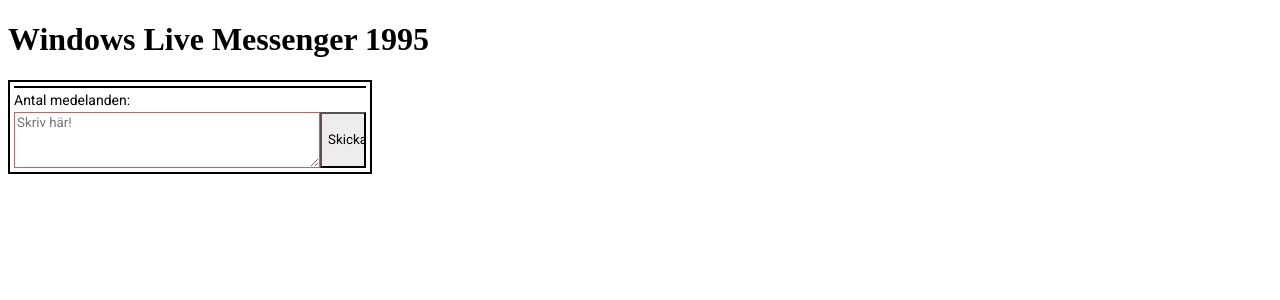
Repository: rs222kn/1dv403-laborationer
Page: 2-labbymezzage/index.html
The author's editor kept a record of every edit. The page is drawn from the files as they stood at one moment, then again after the next edit.
The browser window is 1280 px wide. The pictures show the whole page.

Above is the page before.

### 2-labbymezzage/index.html
<!DOCTYPE html>
<html lang="sv">
<head>
	<meta charset="UTF-8" />
 	<title>MSN</title>
 	<link href='https://fonts.googleapis.com/css?family=Roboto' rel='stylesheet' type='text/css'>
    <link rel="stylesheet" type="text/css" href="css/style.css">
</head>
    <body>
        <header>
            <h1>Windows Live Messenger 1995</h1>
        </header>
        <main>

            <div id="holder">
                <div id="messagearea">

                </div>
                <div id="controls">
                <p id="antMessage" >Antal medelanden: </p>

     		        <textarea id="txt" name="textarea" placeholder="Skriv här!" ></textarea>
     		        <input type="submit" name="bnt" id="send" value="Skicka"/>
     		    </div>
     		</div>

        </main>
        <script src="js/Aimessage.js"></script>
        <script src="js/Message.js"></script>
        <script src="js/MessageBoard.js"></script>
    </body>
</html>

### 2-labbymezzage/css/style.css
/* container for message */
.message{
    margin-left: 20px;
    padding: 6px;
    min-height: 64px;
    margin-bottom: 6px;
    margin-top: 6px;
    width: 300px;
    position: relative;
    background-color: #008080;
}
/* arraw */
.message:after {
	right: 100%;
	top: 78%;
	border: solid transparent;
	content: " ";
	height: 0;
	width: 0;
	position: absolute;
	pointer-events: none;
	border-right-color: #008080;
	border-width: 10px;
	margin-top: -10px;
}
/* mesasge text */
.messageText{

    font-family: 'Roboto', sans-serif;
    color: #FFFFFF;
    margin: 0;
    padding: 0;
    margin-bottom: 4px;
    margin-right: 40px;
}
/* time stamp text on message */
.pdate{
    font-family: 'Roboto', sans-serif;
    font-size: 10px;
    margin: 0;
    padding:0;
    margin-right: 40px;
}

#holder{
    width: 360px;
    border: solid 2px;
}
#messagearea{
    margin: 4px;
    border: solid 1px;
}
/* img buttins (clock/remove)*/
.imgBtn{
    height: 20px;
    width: 20px;
    margin:0;
    padding: 0;
    float:right;
}

#txt{
    font-family: 'Roboto', sans-serif;
    margin-left:4px;
    width: 300px;
	height:50px;
	border:1px solid #D15F56;
}
#send{
    font-family: 'Roboto', sans-serif;
    float:right;
    position:relative;
    height:56px;
	width:46px;
	background-color:#ededed;
	margin-right: 4px;
}
#send:hover {
	background-color:#dfdfdf;
}
#send:focus{
    outline:0 !important;
}
#antMessage{
    font-family: 'Roboto', sans-serif;

    font-size: 14px;
    margin: 0;
    padding: 0;
    margin-left: 4px;
    margin-bottom: 4px;

}

#controls{

}



/*Aimesage*/
/* container for message */
.aimessage{
    margin-left: 20px;
    padding: 6px;
    min-height: 64px;
    margin-bottom: 6px;
    margin-top: 6px;
    width: 300px;
    position: relative;
    background-color: #56AAAA;
}
/* arraw */
.aimessage:after {
	left: 100%;
	top: 78%;
	border: solid transparent;
	content: " ";
	height: 0;
	width: 0;
	position: absolute;
	pointer-events: none;
	border-left-color: #56AAAA;
	border-width: 10px;
	margin-top: -10px;
}

### 2-labbymezzage/js/Aimessage.js
"use strict";

function Aimessage(text){
    var doc = {
        btn: document.getElementById("send"),
        txt: document.getElementById("txt"),
        antmess: document.getElementById("antMessage"),
        div: document.getElementById("messagearea")
    };

    var createElemnts = {
        newMessege: document.createElement("div"), // div taggarna medelanderna kommer va i
        text: document.createElement("p"), // medelande texten
        pdate: document.createElement("p"), // datum tiden
        imgRemove: document.createElement("img"), // ta bort knapp/bilden
        imgDate: document.createElement("img")
    };

    // text
    createElemnts.text.innerHTML = text;

    // class
    createElemnts.text.setAttribute("class", "messageText");
    createElemnts.pdate.setAttribute("class", "pdate");
    createElemnts.newMessege.setAttribute("class" ,"aimessage");
    createElemnts.imgRemove.setAttribute("class", "imgBtn");
    createElemnts.imgDate.setAttribute("class", "imgBtn");

    // render
    doc.div.appendChild(createElemnts.newMessege);
    createElemnts.newMessege.appendChild(createElemnts.text);
    createElemnts.newMessege.appendChild(createElemnts.pdate);
}

### 2-labbymezzage/js/Message.js
"use strict";

function Message(message, date){

    this.getText = function(){
        return message;
    };

    this.setText = function(_text){
        message = _text;
    };

    this.getDate = function(){
        return date;
    };

    this.setDate = function(_date){
        date = _date;
    };
}

Message.prototype.toString = function(){
    return this.getText()+" (" + this.getDate() +")";
};
Message.prototype.getHTMLText = function(){
    console.log("denna fungerar: getHTMLText");
    return this.getText().replace(/ \n /g, "<br />");
};
Message.prototype.getDateText = function(){
    var timeStamp = new Date();
    return timeStamp.getHours() + ":" + timeStamp.getMinutes() + ":" + timeStamp.getSeconds();
};

### 2-labbymezzage/js/MessageBoard.js
"use strict";

var MessageBoard = {

    doc:{
        btn: document.getElementById("send"),
        txt: document.getElementById("txt"),
        antmess: document.getElementById("antMessage"),
        div: document.getElementById("messagearea"),
        count: 0

    },

    messages: [],

    init: function(e){
        //btn.onClick = MessageBoard.btnClick();
        MessageBoard.doc.btn.addEventListener("click", MessageBoard.creatMessage);

        // enter i textarea
        MessageBoard.doc.txt.onkeypress = function(e){
           if(e.keyCode == 13 && !e.shiftKey){
                MessageBoard.creatMessage();
                MessageBoard.doc.txt.value ="";
            }
        };

    },
    // skapar medelandet (knapp tryck)
    creatMessage: function(){
        MessageBoard.messages.push(new Message(MessageBoard.doc.txt.value, new Date()));
        MessageBoard.renderMessage(MessageBoard.messages.length -1);
    },

    renderMessages: function(){
        document.getElementById("messagearea").innerHTML = "";

        for (var i = 0; i < MessageBoard.messages.length; i++) {
            MessageBoard.renderMessage(i);
        }
    },
    renderAiMessage: function(nr){

        setTimeout(function(){
            switch (nr) {
                case 0:
                    new Aimessage("Hej");
                    break;
                case 1:
                    new Aimessage("Chillar runt själv då?");
                    break;
                case 2:
                    new Aimessage("Jaha låter kul!");
                    break;
                case 3:
                    new Aimessage("hehe, Men vart kommer du ifrån då?");
                    break;
                case 4:
                    new Aimessage("Okej kommer själv från Malmö");
                    break;
                case 5:
                    new Aimessage("Har du Snapchat?");
                    break;

                default:
                    new Aimessage("...");
            }
        }, 1500);

    },
    renderMessage: function(messageID){
        var nr = messageID+1; // bugg om man tar bort alla medelanden så står det fortfarande 1
        MessageBoard.doc.antmess.innerHTML = "Antal medelanden: " + nr; // skriver ut antal medelanden.

        var createElemnts = {
            newMessege: document.createElement("div"), // div taggarna medelanderna kommer va i
            text: document.createElement("p"), // medelande texten
            pdate: document.createElement("p"), // datum tiden
            imgRemove: document.createElement("img"), // ta bort knapp/bilden
            imgDate: document.createElement("img")
        };
        // text
        createElemnts.text.innerHTML = MessageBoard.messages[messageID].getHTMLText();
        createElemnts.pdate.innerHTML = MessageBoard.messages[messageID].getDateText();

        // img
        createElemnts.imgRemove.setAttribute("src", "img/delete.png"); // addar img bilden till imgRemove
        createElemnts.imgRemove.setAttribute("alt", "red img button");
        createElemnts.imgDate.setAttribute("src", "img/clock.png");
        createElemnts.imgDate.setAttribute("alt", "img of a smal clock");

        // class
        createElemnts.text.setAttribute("class", "messageText");
        createElemnts.pdate.setAttribute("class", "pdate");
        createElemnts.newMessege.setAttribute("class" ,"message");
        createElemnts.imgRemove.setAttribute("class", "imgBtn");
        createElemnts.imgDate.setAttribute("class", "imgBtn");

        // render
        MessageBoard.doc.div.appendChild(createElemnts.newMessege);
        createElemnts.newMessege.appendChild(createElemnts.imgRemove);
        createElemnts.newMessege.appendChild(createElemnts.imgDate);
        createElemnts.newMessege.appendChild(createElemnts.text);
        createElemnts.newMessege.appendChild(createElemnts.pdate);

        // mouse click
        createElemnts.imgRemove.addEventListener("click", function(){ // mouse-click på imgRemove
            var r = confirm("Vill du ta bort medelandet?");
            if(r){
                MessageBoard.removeMessage(messageID);
            }
        });

        createElemnts.imgDate.addEventListener("click", function(){ // mouse-click på imgRemove
            console.log("img clock tryck");
           alert(MessageBoard.messages[messageID].getDate());
        });


        MessageBoard.renderAiMessage(MessageBoard.doc.count);
        MessageBoard.doc.count++;
    },
    removeMessage: function(messageID){
        MessageBoard.messages.splice(messageID, 1);
        MessageBoard.renderMessages();
    }
};

window.onload = MessageBoard.init;

After the next edit:
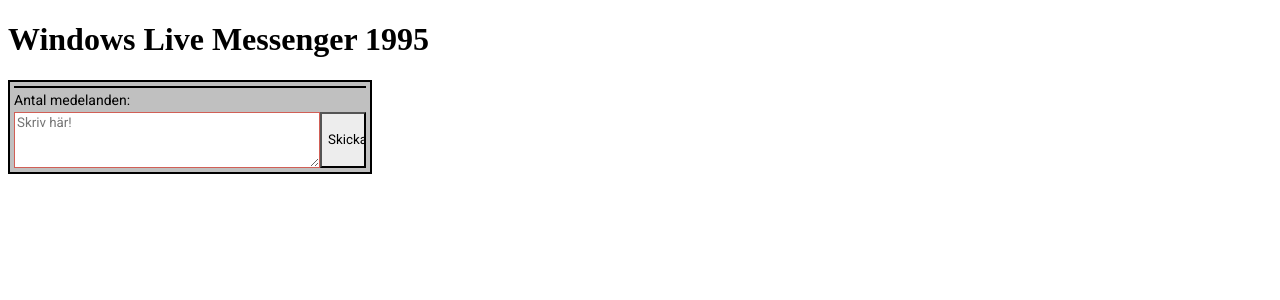
The edit:
--- a/2-labbymezzage/css/style.css
+++ b/2-labbymezzage/css/style.css
@@ -43,6 +43,7 @@
 }
 
 #holder{
+    background-color: #C0C0C0;
     width: 360px;
     border: solid 2px;
 }
